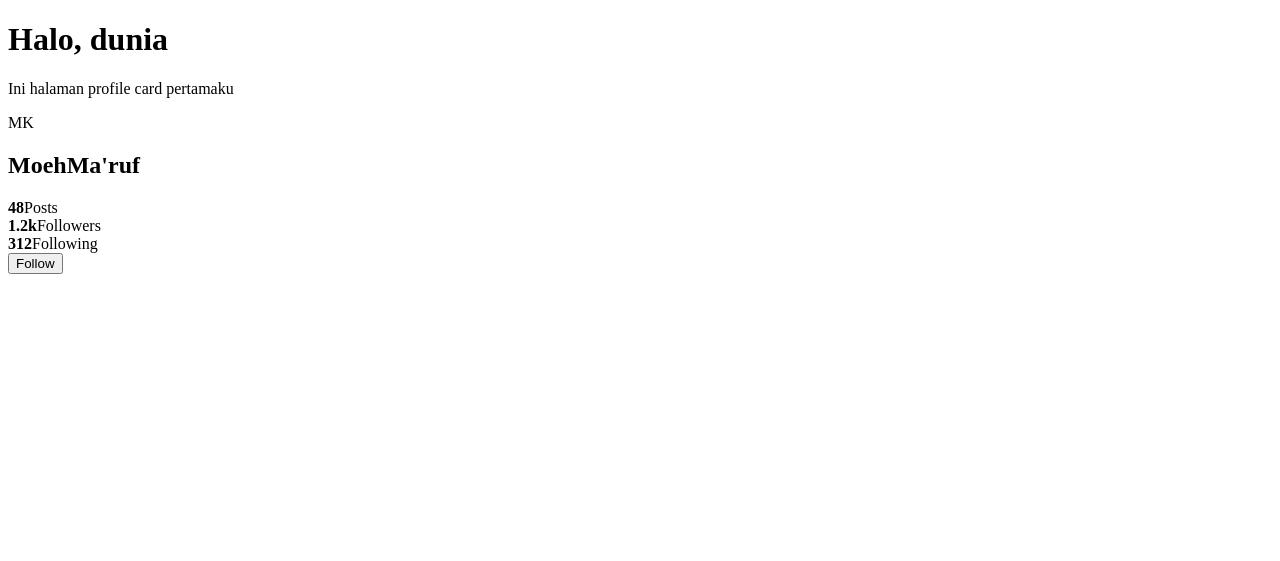
Repository: rufi1126/241552010002-Web-Application-Development
Page: uts/index.html
An editor plug-in stored every save of this project. The page is shown before and after the next save, followed by the edit.
The browser window is 1280 px wide. The pictures show the whole page.

Above is the page before, as saved 2026-05-08 01:04:37.

### uts/index.html
<!DOCTYPE html>
<html lang="id">
    <head>
        <meta charset="UTF-8"/>
        <meta name="viewport"
        contact="width=device-width,
        initial-scarle=0.1" />
        <title>Web Pertamaku</title>

        <link rel="preconnect" href="https://fonts.googleapis.com">
        <link href="https://fonts.googleapis.com/css2?fal=family=Roboto:wght@400:700&display=swap">

        <link rel="stylesheet" href="style.css">
</head>
    <body>
        <h1>Halo, dunia</h1>
        <p>Ini halaman profile card pertamaku</p>
    </body>

    <div class="card">
        <div class="avatar"> MK </div>
        <h2>MoehMa'ruf</h2>
        <p class="stats">
            <div><strong>48</strong><span>Posts</span></div>
            <div><strong>1.2k</strong><span>Followers</span></div>
            <div><strong>312</strong><span>Following</span></div>
        </div>
        <button class="btn">Follow</button>
    </div>
        </p>
</body>
</html>

Loaded but not shown: uts/style.css (no stored copy; drawn as an empty file)

After the next save:
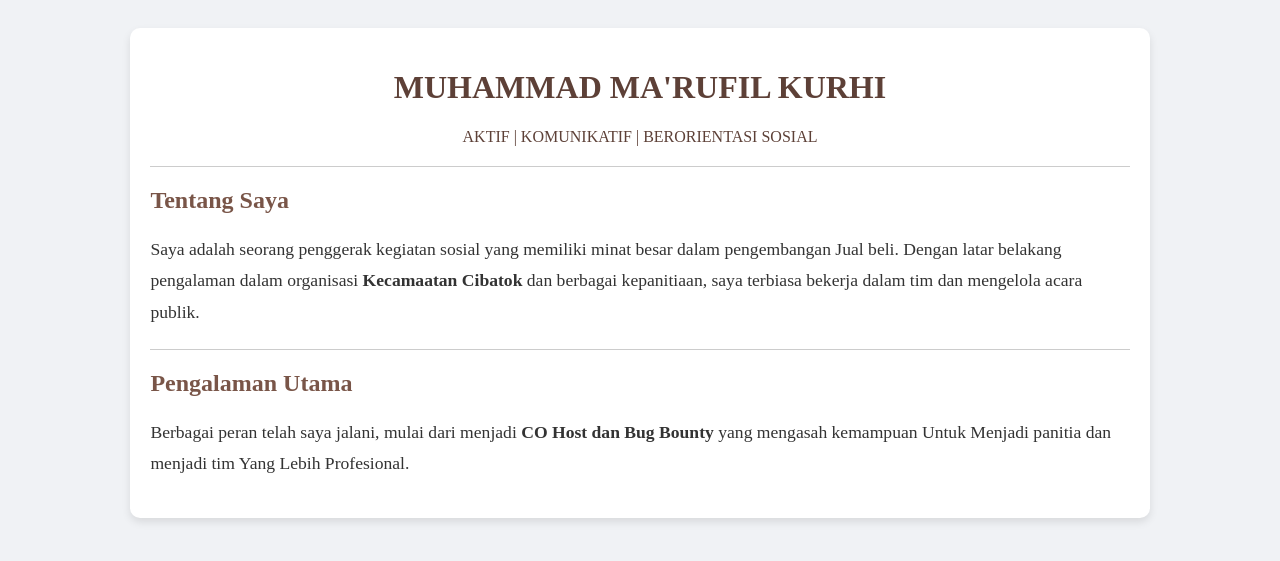
Saved 66 s later.
--- a/uts/index.html
+++ b/uts/index.html
@@ -1,32 +1,75 @@
 <!DOCTYPE html>
 <html lang="id">
-    <head>
-        <meta charset="UTF-8"/>
-        <meta name="viewport"
-        contact="width=device-width,
-        initial-scarle=0.1" />
-        <title>Web Pertamaku</title>
+<head>
+    <meta charset="UTF-8">
+    <meta name="viewport" content="width=device-width, initial-scale=1.0">
+    <title>Halaman Personal - Muhammad Ma'rufil Kurhi</title>
+    <style>
+        /* Menggunakan Class untuk styling umum */
+        .container {
+            width: 80%;
+            margin: auto;
+            background-color: #ffffff;
+            padding: 20px;
+            border-radius: 10px;
+            box-shadow: 0px 4px 8px rgba(0,0,0,0.1);
+        }
 
-        <link rel="preconnect" href="https://fonts.googleapis.com">
-        <link href="https://fonts.googleapis.com/css2?fal=family=Roboto:wght@400:700&display=swap">
+        /* Menggunakan ID untuk elemen spesifik */
+        #main-header {
+            text-align: center;
+            color: #5d4037;
+            text-transform: uppercase;
+        }
 
-        <link rel="stylesheet" href="style.css">
+        .section-title {
+            color: #795548;
+            margin-top: 20px;
+        }
+
+        .description {
+            font-size: 1.1em;
+            color: #333;
+            line-height: 1.8;
+        }
+
+        hr {
+            border: 0;
+            height: 1px;
+            background: #ccc;
+            margin: 20px 0;
+        }
+    </style>
 </head>
-    <body>
-        <h1>Halo, dunia</h1>
-        <p>Ini halaman profile card pertamaku</p>
-    </body>
+<body style="background-color: #f0f2f5; padding: 20px;">
 
-    <div class="card">
-        <div class="avatar"> MK </div>
-        <h2>MoehMa'ruf</h2>
-        <p class="stats">
-            <div><strong>48</strong><span>Posts</span></div>
-            <div><strong>1.2k</strong><span>Followers</span></div>
-            <div><strong>312</strong><span>Following</span></div>
+    <div class="container">
+
+        <header id="main-header">
+            <h1>Muhammad Ma'rufil Kurhi</h1>
+            <p>Aktif | Komunikatif | Berorientasi Sosial</p>
+        </header>
+
+        <hr> <div id="about-me" class="content-section">
+            <h2 class="section-title">Tentang Saya</h2>
+            <p class="description">
+                Saya adalah seorang penggerak kegiatan sosial yang memiliki minat besar dalam pengembangan Jual beli.
+                Dengan latar belakang pengalaman dalam organisasi <strong>Kecamaatan Cibatok</strong> dan berbagai kepanitiaan,
+                saya terbiasa bekerja dalam tim dan mengelola acara publik.
+            </p>
         </div>
-        <button class="btn">Follow</button>
+
+        <hr>
+
+        <div id="experience" class="content-section">
+            <h2 class="section-title">Pengalaman Utama</h2>
+            <p class="description">
+                Berbagai peran telah saya jalani, mulai dari menjadi <strong>CO Host dan Bug Bounty</strong> yang mengasah
+                kemampuan Untuk Menjadi panitia dan menjadi tim Yang Lebih Profesional.
+            </p>
+        </div>
+
     </div>
-        </p>
+
 </body>
 </html>
